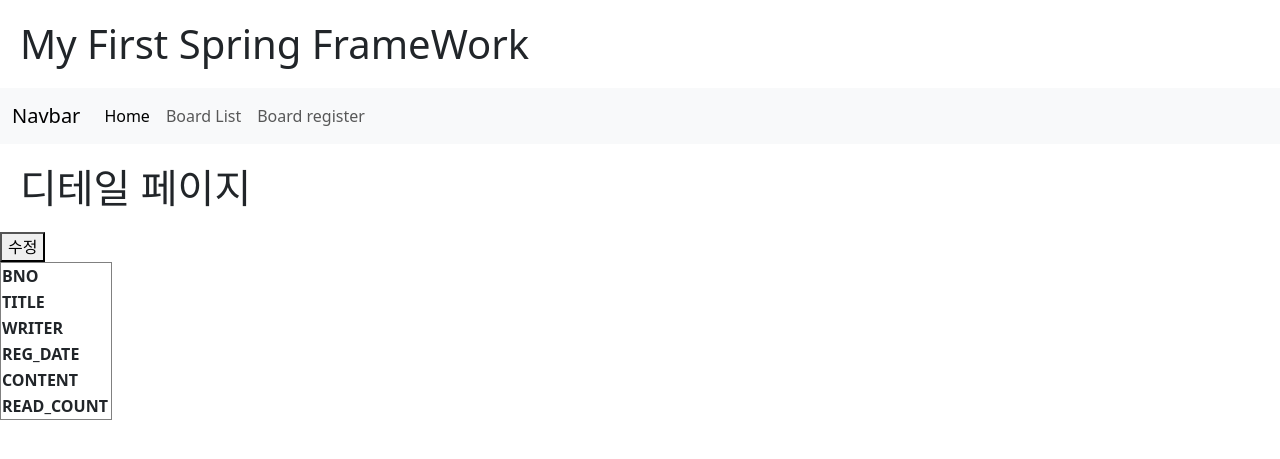
Repository: Leesunghoon1/springh
Page: http://localhost/springProject/WEB-INF/views/board/detail.jsp
These files come from the project's save history. The page is drawn as it stood at one moment and after the next save; the edit follows.
The browser window is 1280 px wide. The pictures show the whole page.
The page is served by Tomcat 9. Nobody is signed in. Other server files are loaded and not shown. The template is opened directly, without the code that normally fills it, so the values that code supplies are empty.

Above is the page before, as saved 2023-11-01 05:17:34.

### springProject/src/main/webapp/WEB-INF/views/board/detail.jsp
<%@ page language="java" contentType="text/html; charset=UTF-8"
    pageEncoding="UTF-8"%>
        <%@ taglib uri="http://java.sun.com/jsp/jstl/core" prefix="c"%>

<!DOCTYPE html>
<html>
<head>
<meta charset="UTF-8">
<title>Insert title here</title>
</head>
<body>

<jsp:include page="../common/header.jsp"/>
<jsp:include page="../common/nav.jsp"/>
<h1>디테일 페이지</h1>

<table border="1">
<tr>
	<th>BNO</th>
	<td>${bvo.bno }</td>
</tr>
<tr>
	<th>TITLE</th>
	<td>${bvo.title }</td>
</tr>

<tr>
	<th>WRITER</th>
	<td>${bvo.writer }</td>
</tr>

<tr>
	<th>REG_DATE</th>
	<td>${bvo.regAt }</td>
</tr>
<tr>
	<th>CONTENT</th>
	<td>${bvo.content }</td>
</tr>
<tr>
	<th>READ_COUNT</th>
	<td>${bvo.readCount }</td>
</tr>

<a href="/"><button>수정</button></a>



</table>

<jsp:include page="../common/footer.jsp"/>
</body>
</html>

### springProject/src/main/webapp/WEB-INF/views/common/header.jsp
<%@ page language="java" contentType="text/html; charset=UTF-8"
    pageEncoding="UTF-8"%>
    <%@ taglib uri="http://java.sun.com/jsp/jstl/core" prefix="c"%>
<!DOCTYPE html>
<html>
<head>
<meta charset="UTF-8">
<title>Insert title here</title>
<link href="https://cdn.jsdelivr.net/npm/bootstrap@5.3.1/dist/css/bootstrap.min.css" rel="stylesheet" integrity="sha384-4bw+/aepP/YC94hEpVNVgiZdgIC5+VKNBQNGCHeKRQN+PtmoHDEXuppvnDJzQIu9" crossorigin="anonymous">
<script src="https://cdn.jsdelivr.net/npm/bootstrap@5.3.1/dist/js/bootstrap.bundle.min.js" integrity="sha384-HwwvtgBNo3bZJJLYd8oVXjrBZt8cqVSpeBNS5n7C8IVInixGAoxmnlMuBnhbgrkm" crossorigin="anonymous"></script>
<style type="text/css">

h1, p {
	margin: 20px
}

</style>
</head>
<body>
<h1>My First Spring FrameWork</h1>
</body>
</html>

### springProject/src/main/webapp/WEB-INF/views/common/nav.jsp
<%@ page language="java" contentType="text/html; charset=UTF-8"
    pageEncoding="UTF-8"%>
    <%@ taglib uri="http://java.sun.com/jsp/jstl/core" prefix="c"%>
<!DOCTYPE html>
<html>
<head>
<meta charset="UTF-8">
<title>Insert title here</title>
</head>
<body>
<header>

<nav class="navbar navbar-expand-lg bg-body-tertiary">
  <div class="container-fluid">
    <a class="navbar-brand" href="#">Navbar</a>

    <button class="navbar-toggler" type="button" data-bs-toggle="collapse" data-bs-target="#navbarSupportedContent" aria-controls="navbarSupportedContent" aria-expanded="false" aria-label="Toggle navigation">
      <span class="navbar-toggler-icon"></span>
    </button>

    <div class="collapse navbar-collapse" id="navbarSupportedContent">
      <ul class="navbar-nav me-auto mb-2 mb-lg-0">

        <li class="nav-item">
          <a class="nav-link active" aria-current="page" href="/">Home</a>
        </li>

        <li class="nav-item">
          <a class="nav-link" href="/board/list">Board List</a>
        </li>

        <li class="nav-item">
          <a class="nav-link" href="/board/register">Board register</a>
        </li>
    </ul>
    </div>
  </div>
</nav>



</header>
</body>
</html>

Loaded but not shown: springProject/src/main/webapp/WEB-INF/views/common/footer.jsp (common file)

After the next save:
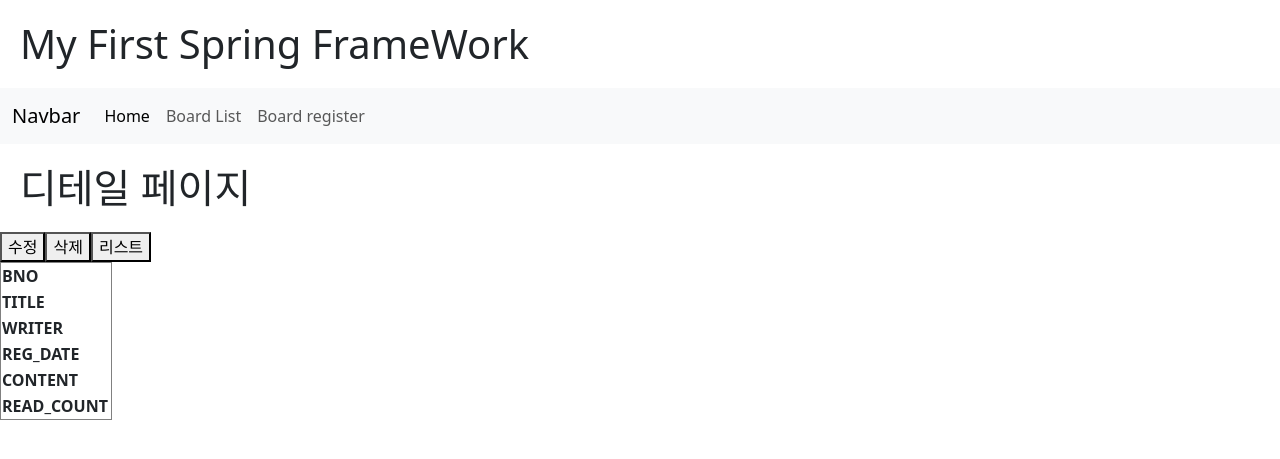
Saved 15 s later.
--- a/springProject/src/main/webapp/WEB-INF/views/board/detail.jsp
+++ b/springProject/src/main/webapp/WEB-INF/views/board/detail.jsp
@@ -43,6 +43,8 @@
 </tr>
 
 <a href="/"><button>수정</button></a>
+<a href="/"><button>삭제</button></a>
+<a href="/"><button>리스트</button></a>
 
 
 
